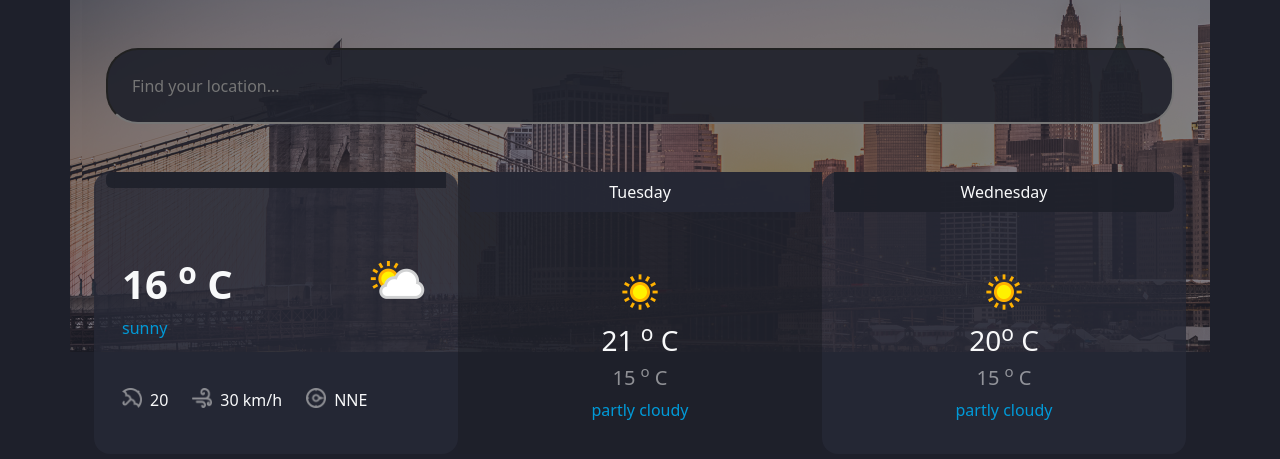
Repository: AmiraNabil97/WeatherApp
Page: index.html
An editor plug-in stored every save of this project. The page is shown before and after the next save, followed by the edit.
The browser window is 1280 px wide. The pictures show the whole page.
The page's requests for data from a server got no answer.

Above is the page before, as saved 2023-08-28 22:39:08.

### index.html
<!DOCTYPE html>
<html lang="en">
<head>
    <meta charset="UTF-8">
    <meta name="viewport" content="width=device-width, initial-scale=1.0">
    <title>Weather App</title>
    <link rel="stylesheet" href="css/bootstrap.min.css">
    <link rel="stylesheet" href="css/all.min.css">
    <link rel="stylesheet" href="css/style.css">
</head>
<body>
        <div class="container">
            <div class="container text-center weatherApp px-4 py-5 ">

                <input type="text" class="w-100 mx-auto rounded-5 py-4 px-4 bg-main-color mb-5 text-white"
                    placeholder="Find your location..."
                     id="search" />
                <div class="row ">
                    <div class=" col-md-4 bg-sec-color m-0 rounded-4 item ">
                        <div class="d-flex justify-content-between py-2 px-3 bg-main-color
                         text-light rounded-start"id="today-date">
                            <p id="today_date_day_name" class="my-auto"></p>

                            <span>
                                <span id="today_date_day_number" class="my-auto"></span>
                                <span id="today_date_month" class="my-auto"></span>
                            </span>
                        </div>
                        <div class="item-content text-start px-3 py-3 pt-5 text-light" id="today">
                            <p id="todayLocation" class="fs-4"></p>
                            <div class="d-flex justify-content-between align-items-center">

                                <span class="fs-1 fw-bolder">

                                    <span id="today_temp"> 16</span>
                                    <span><sup>o</sup> C</span>
                                </span>
                                <img id="today_condition_img" src="images/116.png" alt="" />
                            </div>
                            <p id="today_condition" class="fs-6 text-light-blue">sunny</p>
                        </div>
                        <div class="item-footer d-flex text-light p-3">
                            <div class="d-flex me-3">
                                <img src="images/icon-umberella.png" class="icons me-2" alt="" />
                                <p id="humidity">20</p>
                            </div>
                            <div class="d-flex me-3">
                                <img src="images/icon-wind.png" class="icons mx-2" alt="" />
                                <p id="wind">30 km/h</p>
                            </div>
                            <div class="d-flex">
                                <img src="images/icon-compass.png" class="icons mx-2" alt="" />
                                <p id="windDirection">NNE</p>
                            </div>
                        </div>
                    </div>
                    <div class="item col-md-4 m-0
                    bg-main-color">
                        <div class="py-2 text-center bg-sec-color text-light" >
                            <p class="next_day_name my-auto">Tuesday</p>
                        </div>
                        <div class="item-content text-start text-light p-3 text-center pt-5">
                            <img  src="images/113.png" alt="">
                            <h3>
                                <span class="next_max_temp"></span>

                                <span> 21 <sup>o</sup> C</span>
                            </h3>
                            <h5 class="text-white opacity-50">
                                <span class="next_min_temp">15</span>

                                <span> <sup>o</sup> C</span>
                            </h5>
                            <p class="next_condition fs-6 text-light-blue">partly cloudy</p>
                        </div>
                    </div>
                    <div class="item col-md-4 m-0 bg-sec-color rounded-4">
                        <div class="py-2 text-center px-3 bg-main-color text-light rounded-end">
                            <p class="next_day_name my-auto">Wednesday</p>
                        </div>
                        <div class="item-content  text-light p-3 text-center pt-5 text-start">
                            <img src="images/113.png" alt="">
                            <h3>
                                <span class="next_max_temp"></span>
                                <span> 20<sup>o</sup> C</span>
                            </h3>
                            <h5 class="text-white opacity-50">
                                <span class="next_min_temp">15</span>
                                <span><sup>o</sup> C</span>
                            </h5>
                            <p class="next_condition_text fs-6 text-light-blue">partly cloudy</p>
                        </div>
                    </div>
                </div>
            </div>
        </div>








    <script src="js/jquery-3.7.0.min.js"></script>
    <script src="js/bootstrap.bundle.js"></script>
    <script src="js/main.js"></script>
</body>
</html>

### css/style.css
body
{
    background-color: rgb(30, 32, 43);
}

.logo-img
{
    width: 80px;
    height: 40px;
}

.small-fs
{
    font-size: 10px;
}

.fs-6
{
    font-size: 12px;
}

.container
{
    background-image: url(../images/banner.png);
    background-repeat: no-repeat;
}

.bg-main-color
{
    background-color: rgba(30, 32, 43, 0.905);
}

.bg-sec-color
{
    background-color:#262936d1;
}

.fs-big
{
    font-size: 84px;
    font-weight: bolder;
}

.icons
{
    width: 20px;
    height: 20px;
}

.text-light-blue
{
    color:#009ad8;
}

### js/main.js
/* <Today> */
let humidity = document.getElementById("humidity")
let wind = document.getElementById("wind")
let windDirection = document.getElementById("windDirection")
let todayLocation = document.getElementById("todayLocation")
let todayName = document.getElementById("today_date_day_name")
let todayNumber = document.getElementById("today_date_day_number")
let todayMonth = document.getElementById("today_date_month")

let todayCondition = document.getElementById("today_condition")

let todayTemp = document.getElementById("today_temp")
let todayConditionImg = document.getElementById("today_condition_img")
//< next day>
let nextConditionImg = document.getElementsByClassName("next_condition_img")
let nextConditionText = document.getElementsByClassName("next_condition")

let nextMaxTemp = document.getElementsByClassName("next_max_temp")
let nextMinTemp = document.getElementsByClassName("next_min_temp")
let nextDay = document.getElementsByClassName("next_day_name")

//< search>
let searchInput = document.getElementById("search")

// < API >
async function getWeatherData(cityName)
{
    let weatherResponse = await fetch(`https://api.weatherapi.com/v1/forecast.json?key=71dbd040c45b418aa92175158231802&q=${cityName}&days=3`)
    let weatherData = await weatherResponse.json()
    return weatherData
}
//  data of today
function displayTodayData(data)
{
    let todayDate = new Date()
    todayConditionText.innerHTML = data.current.condition.text

    humidity.innerHTML = data.current.humidity+"%"

    wind.innerHTML = data.current.wind_kph+"km/h"
    windDirection.innerHTML = data.current.wind_dir
    todayLocation.innerHTML = data.location.name


    todayTemp.innerHTML = data.current.temp_c
    todayConditionImg.setAttribute("src",data.current.condition.icon)

    todayName.innerHTML = todayDate.toLocaleDateString("en-US",{weekday:"long"})
    todayNumber.innerHTML = todayDate.getDate()

    todayMonth.innerHTML = todayDate.toLocaleDateString("en-US",{month:"long"})

}
//  next day data
function displayNextData(data)
{
    let forecastData = data.forecast.forecastday
    for(let i = 0 ; i < 2 ; i++)
    {
        let nextDate = new Date(forecastData[i+1].date)

        nextMinTemp[i].innerHTML = forecastData[i+1].day.mintemp_c
        nextConditionImg[i].setAttribute("src",forecastData[i+1].day.condition.icon)
        nextConditionText[i].innerHTML = forecastData[i+1].day.condition.text
    }
        nextDay[i].innerHTML = nextDate.toLocaleDateString("en-US",{weekday:"long"})
        nextMaxTemp[i].innerHTML = forecastData[i+1].day.maxtemp_c

}

async function startApp(city="london")
{
    let weatherData = await getWeatherData(city)
    if(!weatherData.error)

    {
        displayTodayData(weatherData)

        displayNextData(weatherData)
    }
}

startApp()

searchInput.addEventListener("input",  function(){

    startApp(searchInput.value)
})

Loaded but not shown: css/bootstrap.min.css (library); css/all.min.css (library); js/jquery-3.7.0.min.js (library); js/bootstrap.bundle.js (library)

After the next save:
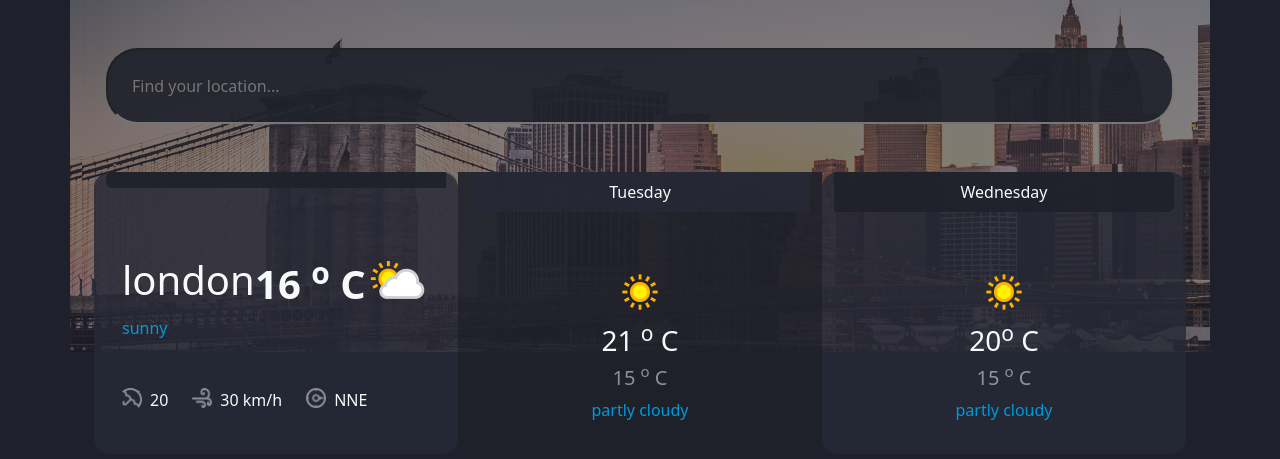
Saved 6 s later.
--- a/index.html
+++ b/index.html
@@ -29,7 +29,7 @@
                         <div class="item-content text-start px-3 py-3 pt-5 text-light" id="today">
                             <p id="todayLocation" class="fs-4"></p>
                             <div class="d-flex justify-content-between align-items-center">
-
+                                <h1>london</h1>
                                 <span class="fs-1 fw-bolder">
 
                                     <span id="today_temp"> 16</span>

After the save that followed:
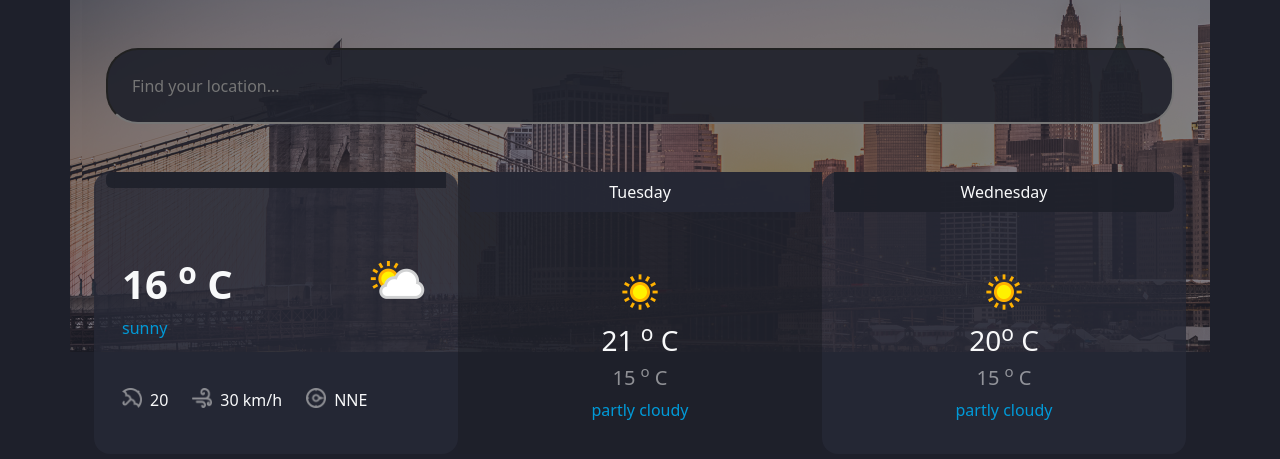
Saved 11 s later.
--- a/index.html
+++ b/index.html
@@ -29,7 +29,7 @@
                         <div class="item-content text-start px-3 py-3 pt-5 text-light" id="today">
                             <p id="todayLocation" class="fs-4"></p>
                             <div class="d-flex justify-content-between align-items-center">
-                                <h1>london</h1>
+
                                 <span class="fs-1 fw-bolder">
 
                                     <span id="today_temp"> 16</span>
